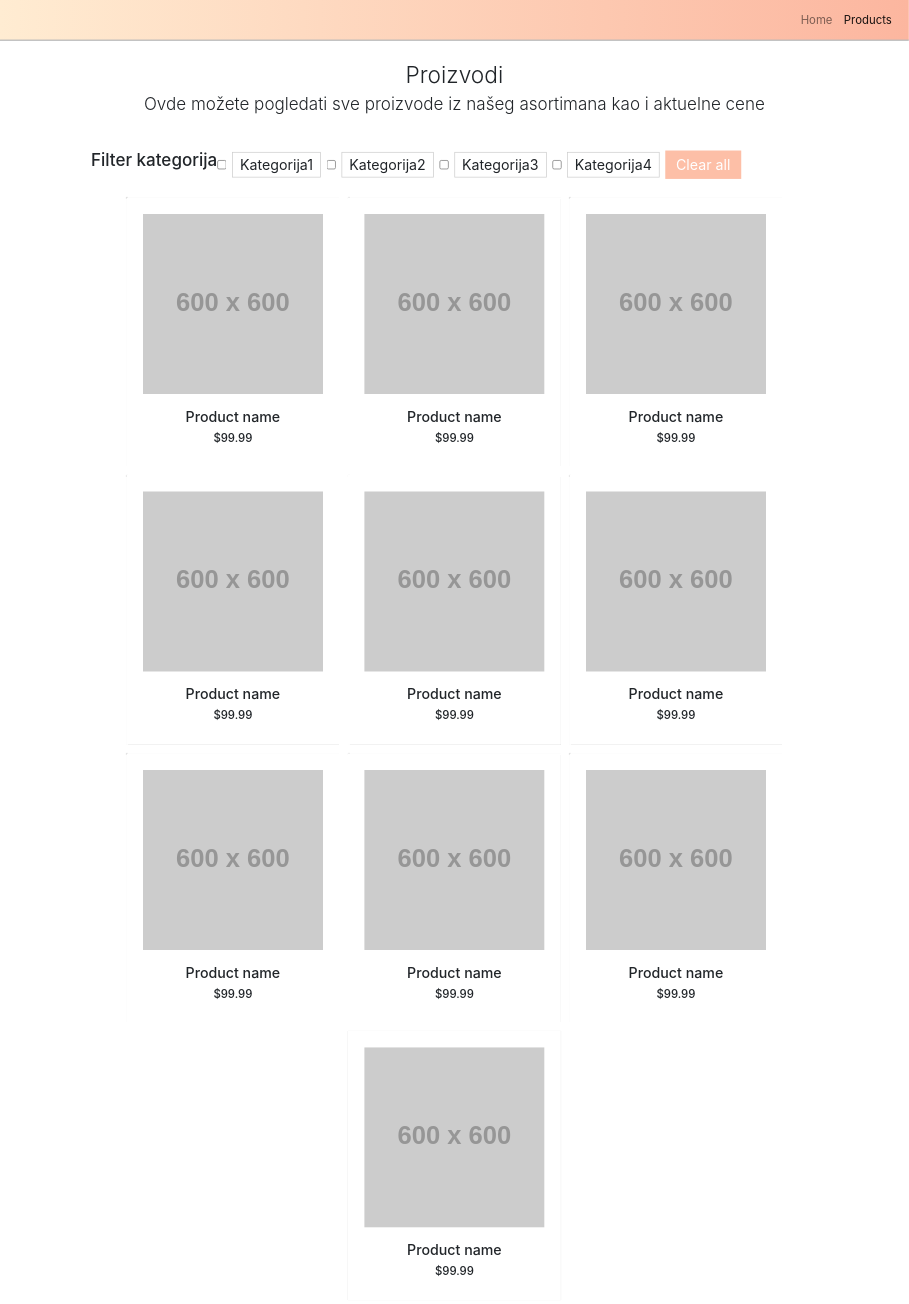
Repository: StevanFilipovic/TemplateForSinglepageWebsite
Page: products.html
An editor plug-in stored every save of this project. The page is shown before and after the next save, followed by the edit.
The browser window is 1280 px wide. The pictures show the whole page, at 71% of full size.
Some web libraries are served in a nearby version.

Above is the page before, as saved 2018-06-15 11:31:59.

After the next save:
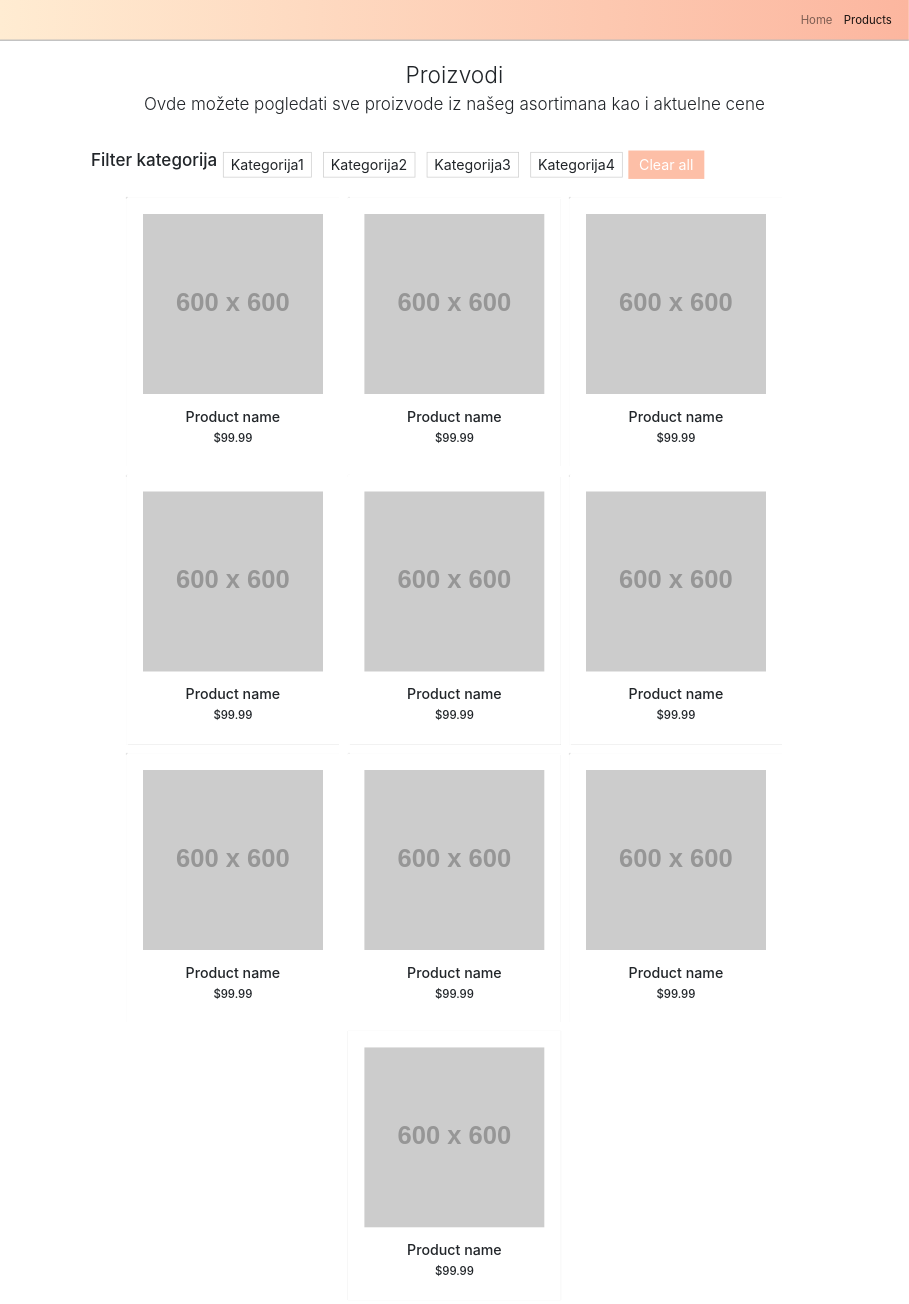
Saved 83 s later.
--- a/products-page-style.css
+++ b/products-page-style.css
@@ -85,7 +85,9 @@
 /* Checkmark */
 
 /* Customize the label (the container) */
-
+.filter-wrapper input[type=checkbox]{
+  display: none;
+}
 
 
 .filter-category{
